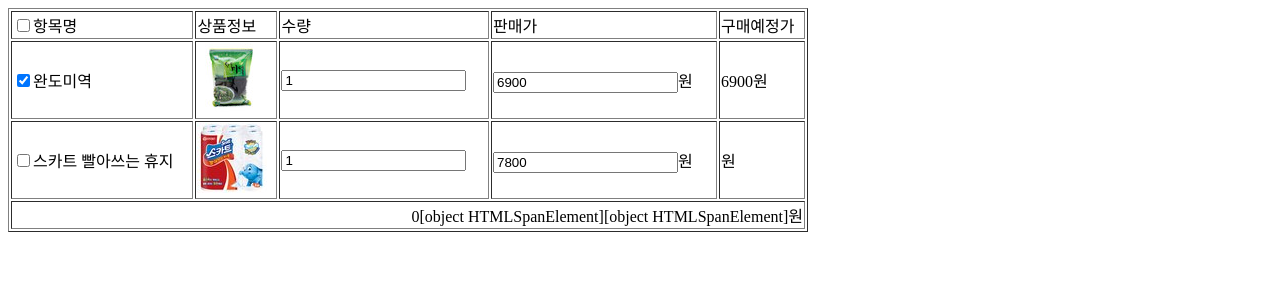
Repository: insunkang/JSP
Page: clientweb/WebContent/js_bom/js_check_exam.html
These files come from the project's save history. The page is drawn as it stood at one moment and after the next save; the edit follows.
The browser window is 1280 px wide. The pictures show the whole page.
After loading, the first visible `input[onclick="single1()"]` was clicked once.

Above is the page before, as saved 2020-01-09 04:51:10.

### clientweb/WebContent/js_bom/js_check_exam.html
<!DOCTYPE html>
<html>
<head>
	<meta charset="EUC-KR">
	<title>Insert title here</title>
	<script type="text/javascript">
	function allcheck() {

		mycheck = document.myform.prd;
		allChkVal = myform.allchk.checked;

		printVal="";
		for(i=0;i<mycheck.length;i++){
			mycheck[i].checked=allChkVal;

		}
		single1();


	}

	function single1() {
		mycheck = document.myform.prd;
		myprice = document.myform.price;
		mycount = document.myform.count;
		myspan = document.getElementsByClassName("calcprice");
		myspan2=document.getElementById("totalprice");
		printVal=0;
		sum=0;
		for(i=0;i<mycheck.length;i++){
			if(mycheck[i].checked==true){
				printVal= myprice[i].value*mycount[i].value;
				myspan[i].innerHTML = printVal;
				sum=sum+myspan[i];

			}else{
				printVal="";
				myspan[i].innerHTML = printVal;
				sum=sum+myspan[i];
			}
		 }
		myspan2.innerHTML = sum;

		}
	/* function single2() {
		mycheck = document.myform.prd;
		myprice = document.myform.price;
		mycount = document.myform.count;
		myspan = document.getElementsByClassName("calcprice");
		printVal="";

			if(mycheck[1].checked==true){
				printVal= parseInt(myprice[1].value)*parseInt(mycount[1].value);
				myspan[1].innerHTML = printVal;

			}else{
				printVal="";
				myspan[1].innerHTML = printVal;
			}
		}	 */





	</script>
</head>
<body>
	<form name="myform">
		<table border="1" width="800">
			<tr>
				<td><input type="checkbox" name="allchk" onclick="allcheck()"/>항목명</td>
				<td>상품정보</td>
				<td>수량</td>
				<td>판매가</td>
				<td>구매예정가</td>
			</tr>
			<tr>
				<td><input type="checkbox" name="prd" onclick="single1()"/>완도미역</td>
				<td><img src="../images/pro1.jpg"/></td>
				<td><input type="text" name="count" value="1"/></td>
				<td>
				<input type="text" name="price" value="6900"/><span>원</span></td>
				<td><span class="calcprice"></span><span>원</span></td>
			</tr>
			<tr>
				<td><input type="checkbox" name="prd" onclick="single1()"/>스카트 빨아쓰는 휴지</td>
				<td><img src="../images/pro2.jpg"/></td>
				<td><input type="text" name="count" value="1"/></td>
				<td><input type="text" name="price" value="7800"/><span>원</span></td>
				<td><span class="calcprice"></span><span>원</span></td>
			</tr>
			<tr>
				<td colspan="6" align="right"><span id="totalprice" ></span><span>원</span></td>
			</tr>
		</table>
	</form>
</body>
</html>

After the next save:
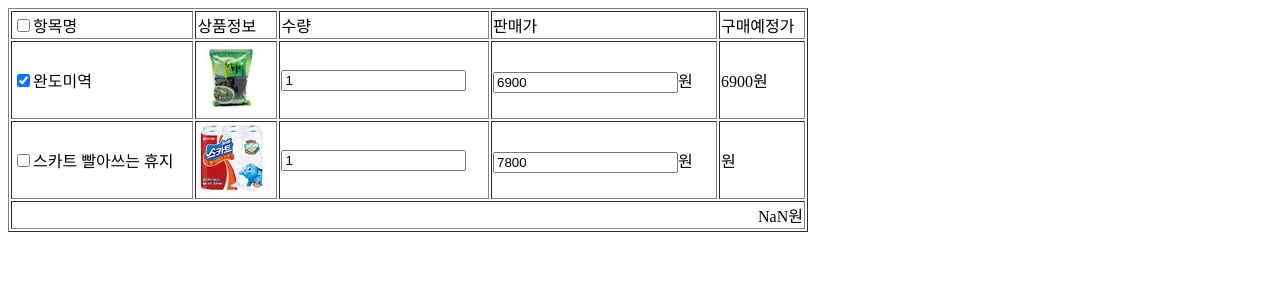
Saved 63 s later.
--- a/clientweb/WebContent/js_bom/js_check_exam.html
+++ b/clientweb/WebContent/js_bom/js_check_exam.html
@@ -31,12 +31,12 @@
 			if(mycheck[i].checked==true){
 				printVal= myprice[i].value*mycount[i].value;
 				myspan[i].innerHTML = printVal;
-				sum=sum+myspan[i];
+				sum=sum+printVal[i];
 
 			}else{
 				printVal="";
 				myspan[i].innerHTML = printVal;
-				sum=sum+myspan[i];
+				sum=sum+printVal[i];
 			}
 		 }
 		myspan2.innerHTML = sum;
